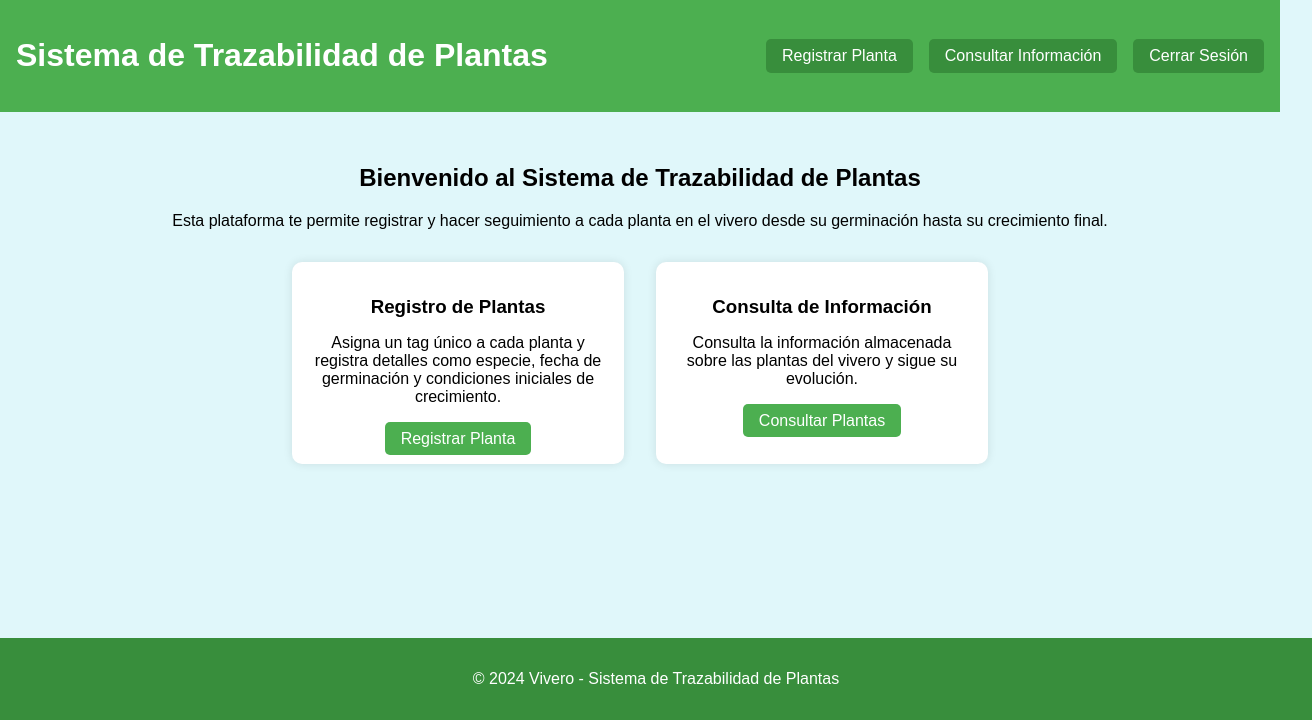
Repository: EzioPuma/guardianesdelecosistema
Page: http://localhost/homesupervisor
The author's editor kept a record of every edit. The page is drawn from the files as they stood at one moment, then again after the next edit.
The browser window is 1280 px wide. The page is 1312 px wide, so the pictures cover 1312 px, including what lies to the right of the window. The pictures show the whole page.
The page is served by the project's application, run on Flask 3 (app.py).

Above is the page before.

### templates/homesupervisor.html
<!DOCTYPE html>
<html lang="es">
<head>
    <meta charset="UTF-8">
    <meta name="viewport" content="width=device-width, initial-scale=1.0">
    <title>Guardianes - Supervisor</title>
    <link rel="stylesheet" href="{{ url_for('static', filename='css/stylehomesupervisor.css') }}">
</head>
<body>
    <header>
        <div class="header-container">
            <h1>Sistema de Trazabilidad de Plantas</h1>
            <nav>
                <a href="{{ url_for('register') }}" class="header-link">Registrar Planta</a>
                <a href="{{ url_for('consultar') }}" class="header-link">Consultar Información</a>
                <a href="{{ url_for('login') }}" class="header-link">Cerrar Sesión</a>
            </nav>
        </div>
    </header>

    <main>
        <section class="intro">
            <h2>Bienvenido al Sistema de Trazabilidad de Plantas</h2>
            <p>Esta plataforma te permite registrar y hacer seguimiento a cada planta en el vivero desde su germinación hasta su crecimiento final.</p>
        </section>

        <section class="features">
            <div class="feature">
                <h3>Registro de Plantas</h3>
                <p>Asigna un tag único a cada planta y registra detalles como especie, fecha de germinación y condiciones iniciales de crecimiento.</p>
                <a href="{{ url_for('register') }}" class="btn">Registrar Planta</a>
            </div>
            <div class="feature">
                <h3>Consulta de Información</h3>
                <p>Consulta la información almacenada sobre las plantas del vivero y sigue su evolución.</p>
                <a href="{{ url_for('consultar') }}" class="btn">Consultar Plantas</a>
            </div>
        </section>
    </main>

    <footer>
        <p>&copy; 2024 Vivero - Sistema de Trazabilidad de Plantas</p>
    </footer>
</body>
</html>

### app.py
from flask import Flask, render_template

app = Flask(__name__)

# Ruta para la página de inicio
@app.route('/home')
def home():
    return render_template('home.html')

# Ruta para registrar una planta
@app.route('/registroplanta', methods=['GET', 'POST'])
def registroplanta():
    return render_template('registroplanta.html')

@app.route('/formulario', methods=['POST'])
def formulario():
    # Aquí va el código para manejar los datos del formulario
    # Puedes agregar lógica para procesar el formulario y redirigir o mostrar una respuesta
    return 'Formulario recibido'  # Cambia esto según lo que desees hacer


# Ruta para consultar la información de las plantas
@app.route('/consultar')
def consultar():
    return render_template('consulta.html')

# Ruta para el registro de usuarios
@app.route('/register', methods=['GET', 'POST'])
def register():
    return render_template('register.html')

# Ruta para la página de inicio de sesión
@app.route('/login')
def login():
    return render_template('login.html')

# Ruta para la página homesupervisor
@app.route('/homesupervisor')
def homesupervisor():
    return render_template('homesupervisor.html')

if __name__ == '__main__':
    app.run(debug=True, host="0.0.0.0", port=8080)

### static/css/stylehomesupervisor.css
body {
    font-family: Arial, sans-serif;
    background-color: #e0f7fa;
    margin: 0;
    padding: 0;
    display: flex;
    flex-direction: column;
    min-height: 100vh;
}

header {
    background-color: #4CAF50;
    padding: 1rem;
    color: white;
    text-align: center;
}

.header-container {
    display: flex;
    justify-content: space-between;
    align-items: center;
}

nav {
    display: flex;
    gap: 1rem;
}

.header-link {
    color: white;
    text-decoration: none;
    padding: 0.5rem 1rem;
    background-color: #388E3C;
    border-radius: 5px;
    transition: background-color 0.3s ease;
}

.header-link:hover {
    background-color: #66BB6A;
}

main {
    flex-grow: 1;
    padding: 2rem;
    text-align: center;
}

.intro {
    margin-bottom: 2rem;
}

.features {
    display: flex;
    justify-content: center;
    gap: 2rem;
}

.feature {
    background-color: #ffffff;
    padding: 1rem;
    border-radius: 10px;
    box-shadow: 0px 0px 10px rgba(0, 0, 0, 0.1);
    width: 300px;
}

.feature h3 {
    margin-bottom: 1rem;
}

.feature p {
    margin-bottom: 1.5rem;
}

.btn {
    text-decoration: none;
    padding: 0.5rem 1rem;
    background-color: #4CAF50;
    color: white;
    border-radius: 5px;
    transition: background-color 0.3s ease;
}

.btn:hover {
    background-color: #66BB6A;
}

footer {
    background-color: #388E3C;
    color: white;
    text-align: center;
    padding: 1rem;
    position: relative;
    bottom: 0;
    width: 100%;
}

After the next edit:
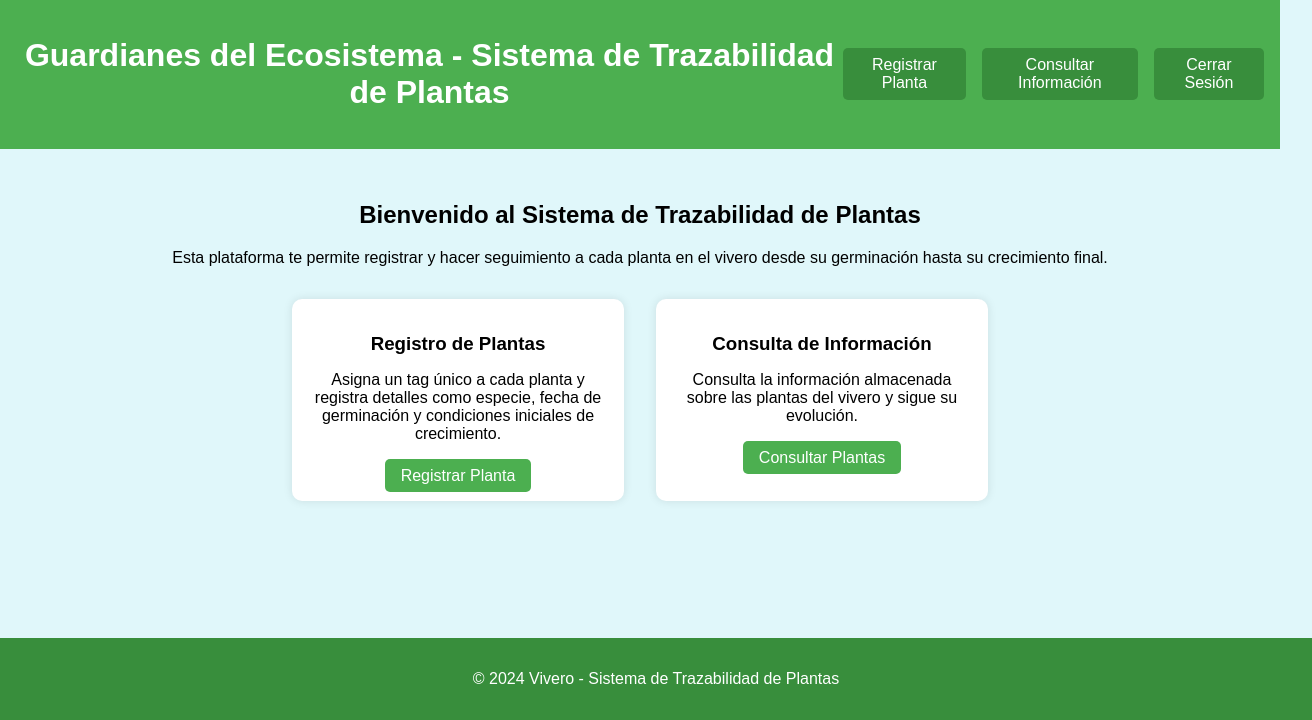
The edit:
--- a/templates/homesupervisor.html
+++ b/templates/homesupervisor.html
@@ -9,7 +9,7 @@
 <body>
     <header>
         <div class="header-container">
-            <h1>Sistema de Trazabilidad de Plantas</h1>
+            <h1>Guardianes del Ecosistema - Sistema de Trazabilidad de Plantas</h1>
             <nav>
                 <a href="{{ url_for('register') }}" class="header-link">Registrar Planta</a>
                 <a href="{{ url_for('consultar') }}" class="header-link">Consultar Información</a>
